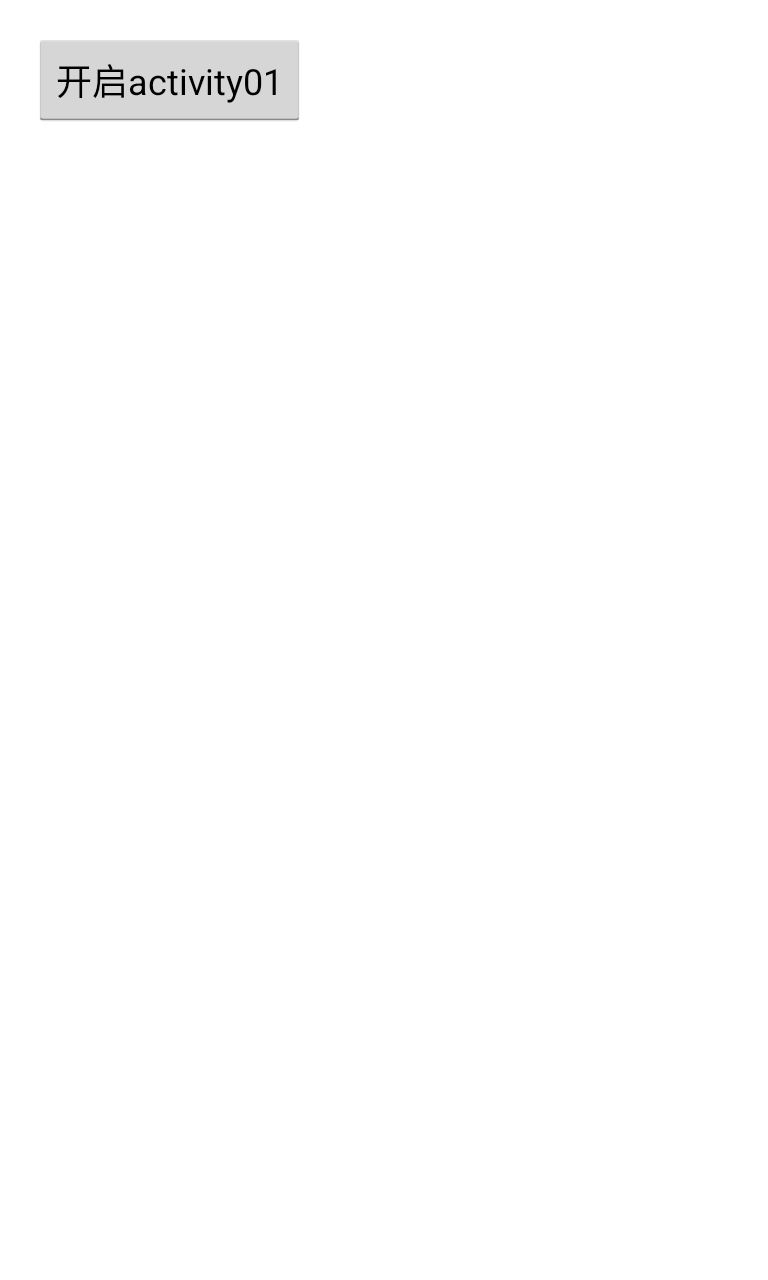
Repository: DongHuaLu/android
Layout: 34TaskStack/res/layout/activity01.xml
These files come from the project's save history. The layout is drawn as it stood at one moment and after the next save; the edit follows.
It is drawn on a 768 x 1280 px phone screen (xhdpi) without system bars, with theme AppTheme; the app's code is not run.

Above is the layout before, as saved 2013-09-02 03:51:55.

After the next save:
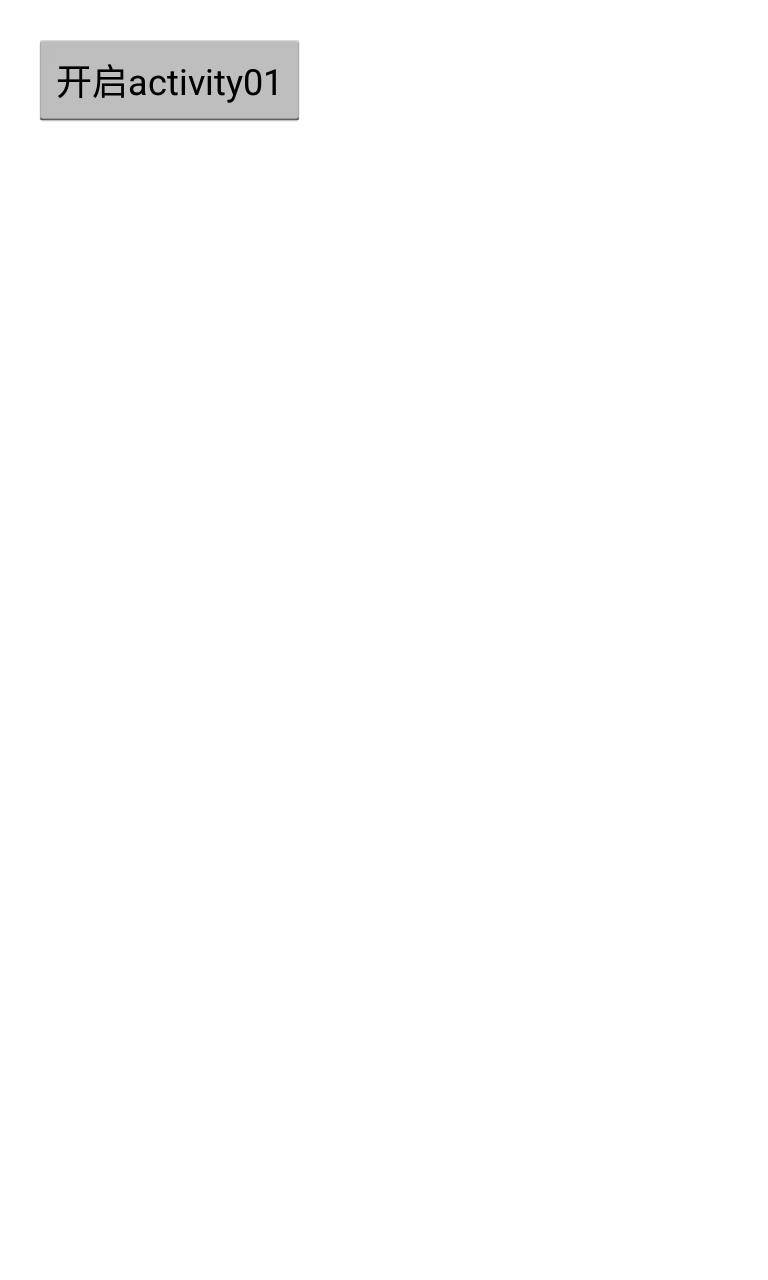
Saved 5 s later.
--- a/34TaskStack/res/layout/activity01.xml
+++ b/34TaskStack/res/layout/activity01.xml
@@ -13,4 +13,9 @@
         android:layout_height="wrap_content"
         android:text="开启activity01" />
 
+    <Button
+        android:layout_width="wrap_content"
+        android:layout_height="wrap_content"
+        android:text="开启activity01" />
+
 </RelativeLayout>
